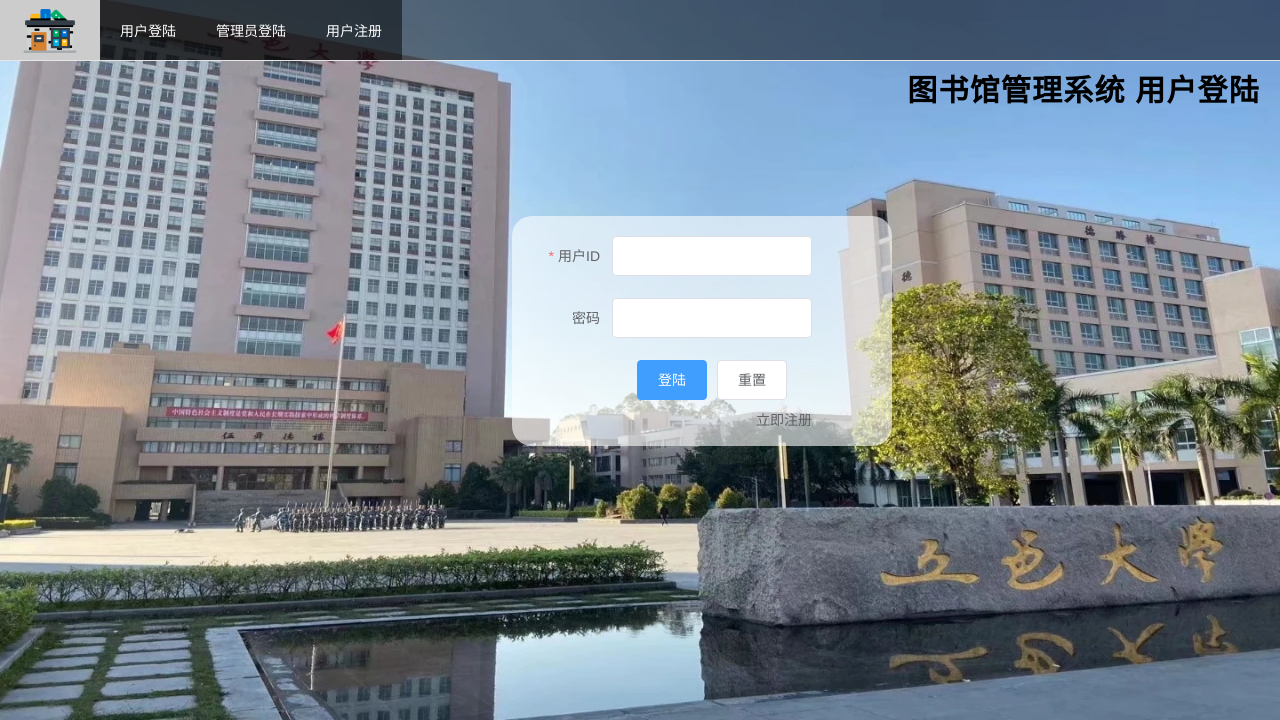
Repository: Akron-xz/helloVue
Page: /#/userLogin (app in vue-library/)
An editor plug-in stored every save of this project. The page is shown before and after the next save, followed by the edit.
The browser window is 1280 px wide. The pictures show the whole page.
The project was rebuilt for these pictures with package versions that can differ from the ones it lists, and the page was loaded fresh each time. Also part of the build but not shown: vue-library/src/views/Home.vue.

Above is the page before, as saved 2020-11-24 22:38:38.

### vue-library/src/main.js
import Vue from 'vue'
import App from './App.vue'
import ElementUI from 'element-ui';
import 'element-ui/lib/theme-chalk/index.css';
import axios from "axios"
import router from './router'
import Router from 'vue-router'

const routerPush = Router.prototype.push
Router.prototype.push = function push(location) {
    return routerPush.call(this, location).catch(error => error)
}

Vue.config.productionTip = false
Vue.use(ElementUI);
Vue.prototype.$axios = axios;


new Vue({
    router,
    render: h => h(App)
}).$mount('#app')

### vue-library/src/router/index.js
import Vue from 'vue'
import VueRouter from 'vue-router'
import Home from '../views/Home.vue'


Vue.use(VueRouter)

const routes = [{
        path: '/',
        name: 'Home',
        component: Home
    },
    {
        path: '/about',
        name: 'About',
        // route level code-splitting
        // this generates a separate chunk (about.[hash].js) for this route
        // which is lazy-loaded when the route is visited.
        component: () =>
            import ( /* webpackChunkName: "about" */ '../views/About.vue')
    },
    {
        path: '/admin',
        name: 'Admin',
        // route level code-splitting
        // this generates a separate chunk (about.[hash].js) for this route
        // which is lazy-loaded when the route is visited.
        component: () =>
            import ( /* webpackChunkName: "about" */ '../views/Administrator.vue')
    },
    {
        path: "/userLogin",
        name: "UserLogin",
        component: () =>
            import ('../views/UserLogin.vue')
    },
    {
        path: "/user",
        name: "User",
        component: () =>
            import ( /* webpackChunkName: "about" */ '../views/User.vue')
    },
    {
        path: "/signup",
        name: "SignUp",
        component: () =>
            import ('../views/SignUp.vue')
    },
    {
        path: "/adminmain",
        name: "AdminMain",
        component: () =>
            import ('../views/AdminMain.vue')
    },
    {

        path: "/MyInformation",
        name: "MyInformation",
        component: () =>
            import ('../views/MyInformation.vue')
    },
    {
        path: "/library",
        name: "Library",
        component: () =>
            import ( /* webpackChunkName: "about" */ '../views/Library.vue')

    },
    {
        path: "/modifymsg",
        name: "ModifyMsg",
        component: () =>
            import ('../views/ModifyMsg.vue')
    },
    {
        path: "/borrowhistory",
        name: "BorrowHistory",
        component: () =>
            import ('../views/BorrowHistory.vue')
    },
    {
        path: "/newissue",
        name: "NewIssue",
        component: () =>
            import ('../views/NewIssue.vue')
    },
    {
        path: "/booksearch",
        name: "BookSearch",
        component: () =>
            import ('../views/BookSearch.vue')
    },
    {
        path: "/MyBookshelves",
        name: "MyBookshelves",
        component: () =>
            import ('../views/MyBookshelves.vue')
    },
    {
        path: "/modifyAnnounce",
        name: "ModifyAnnounce",
        component: () =>
            import ('../views/ModifyAnnounce.vue')
    },
    {
        path: "/statistics",
        name: "Statistics",
        component: () =>
            import ('../views/Statistics.vue')
    },


]

const router = new VueRouter({
    routes
})

export default router

### vue-library/src/views/UserLogin.vue
<template>
<div  class="login-container">
      <!-- need to change (fixed)-->
      <homeNavigation></homeNavigation>
      <el-header>图书馆管理系统  用户登陆</el-header>
      <div class="loginBox">
        <el-form :model="ruleForm" :rules="rules" ref="ruleForm" label-width="100px" class="demo-ruleForm">
          <el-form-item label="用户ID" prop="userId">
            <el-input v-model="ruleForm.userId"></el-input>
          </el-form-item>
          <el-form-item label="密码" prop="password">
            <el-input v-model="ruleForm.password" type="password"></el-input>
        </el-form-item>
        <el-form-item>
          <el-button type="primary" @click="submitForm('ruleForm')">登陆</el-button>
          <el-button @click="resetForm('ruleForm')">重置</el-button>
          <el-link @click="toSignUp">立即注册</el-link>
        </el-form-item>
      </el-form>
    </div>


      <!-- <div class="loginBox">
        <el-form :model="ruleForm" :rules="rules" ref="ruleForm" label-width="100px" class="demo-ruleForm">
          <el-form-item label="用户名" prop="username">
            <el-input v-model="ruleForm.username"></el-input>
          </el-form-item>
          <el-form-item label="密码" prop="password">
           <el-input v-model="ruleForm.password" type="password"
              oncopy="return false"
              onpaste="return false"
              oncut="return false"></el-input>
          </el-form-item>
          <el-form-item>
            <el-button type="primary" @click="submitForm('ruleForm')">登陆</el-button>
            <el-button @click="resetForm('ruleForm')">重置</el-button>
          </el-form-item>
        </el-form>
      </div> -->

</div>
</template>


<script>
import axios from "axios"
import homeNavigation from '@/components/homeNav.vue'
export default {
    components:{
        homeNavigation
    },
    data() {
      var validatePass = (rule, value, callback) => {
        if (value === '') {
          callback(new Error('请输入密码'));
        } else {
          callback();
        }
      };

    return {
          ruleForm: {
          userId: '',
          password:'',
        },

        user:[],

        rules:{
            userId:[
                { required: true, message: '请输入用户ID', trigger: 'blur'}
            ],

             password: [
            { validator: validatePass, trigger: 'blur' },
            { min: 8, max: 24,message: '长度应在 8 到 24 个字符', trigger: 'blur'}
          ],
        },
    };


    },
      methods: {
      //用户登录
      submitForm(formName) {
        this.$refs[formName].validate((valid) => {
          if (valid) {
            axios({
              method:"post",
              url:"http://localhost:8081/login",
              params : {
                id : parseInt(this.ruleForm.userId),
                password : this.ruleForm.password,
              }
            }).then(res=>{
              // 获取后台返回的数据
              // 若有就得到json，若无就得到空
              this.user = res.data;
              console.log(this.user);

              // 结果是undefined
              // 应该是数组的大小被改变后length就为undefined
              console.log(this.user.length);

              if (this.user) {
                console.log("登陆成功");
                // session保存登录的用户信息
                sessionStorage.setItem("userSession", JSON.stringify(this.user));
                // console.log(JSON.parse(sessionStorage.getItem("userSession")));

                // 路由跳转
                this.$router.push({path:'/user'});

              } else {
                this.$message({
                  message: '登录失败！请检查你的账号和密码是否正确。',
                  type: 'error'
                });
                this.ruleForm.userId = "";
                this.ruleForm.password = "";
              }
            })
          } else {
            console.log('错误的表单提交');
            return false;
          }
        });
      },
      resetForm(formName) {
        this.$refs[formName].resetFields();
      },
      toSignUp(){
            this.$router.push({path:'/SignUp'})
      },
    }

}
</script>

<style scoped>
.login-container{
    position: fixed;
    display: flex;
    flex-direction: column;
    left: 0;
    top:0;
    width: 100%;
    height: 100%;
    background-repeat: no-repeat;
    background-size: 100% 100%;
    background-image: url(/img/divBg/bg20.jpg);
}
.demo-ruleForm{
        position: absolute;
        top: 20px;
        width: 300px;
        height: 50px;
 }

.el-header {
    text-align: right;
    line-height: 60px;
    font-weight: 1000;
    font-size: 30px;
    color: black;
    letter-spacing: 0.04em;
  }

.loginBox{
  position: fixed;
  top: 30%;
  left: 40%;
  width: 380px;
  height: 230px;
  border-radius: 20px;
  background: #ffffff99;
}

.el-link{
  float: right;
}

.img{
  margin-left: 100px;
  height: 100px;
  width: 1000px;
}

</style>

### vue-library/src/components/homeNav.vue
<template>

    <div class="navigation-bar">
        <el-menu
            class="el-menu-demo"
            mode="horizontal"
            @select="handleSelect"
            background-color="#00000080"
            text-color="#ffffff"
            text-font="15px"
            border="none"
            >


            <el-menu-item index="1" @click="toMain">
                <img src="/img/libraryIcon.png" alt="" target="_self" class="libraryIcon">
            </el-menu-item>

            <el-menu-item index="2" @click="toLogin">
                <a  target="_self"  >用户登陆</a>
            </el-menu-item>

            <el-menu-item index="3" @click="toAdministrator">
                <a  target="_self">管理员登陆</a>
            </el-menu-item>

            <el-menu-item index="4" @click="toSignUp">
                <a  target="_self">用户注册</a>
            </el-menu-item>

            <!-- <el-menu-item index="5" @click="toLibrary">
                <a  target="_self">图书馆</a>
            </el-menu-item> -->

            <!-- <el-menu-item index="6" class="exitIcon">
                <img src="/img/logoutIcon.png" alt="" target="_self" class="logoutIcon">
            </el-menu-item> -->

            <!-- <el-menu-item index="6" @click="toMain">
                <a  target="_self">返回主页</a>
            </el-menu-item> -->
        </el-menu>

    </div>
</template>

<script>
export default {
    name:"Nav",
    data() {
      return {
        activeIndex: '1'
      }
    },
    methods: {
    handleSelect(key, keyPath) {
      console.log(key, keyPath);
    },
    toMain(){
      this.$router.push({path:'/'});
    },

    toLogin(){
      this.$router.push({path:'/UserLogin'});
    },
    toAdministrator(){
      this.$router.push({path:'/Admin'});
    },
    toSignUp(){
      this.$router.push({path:'/SignUp'});
    },




  },

}
</script>>

<style scoped>
.libraryIcon{
  height: 60px;
  width: 60px;
}

.exitIcon{
  float: right;
}

.logoutIcon{
  height: 40px;
  width: 40px;
}

</style>>

Loaded but not shown: vue-library/public/index.html (common file); vue-library/src/App.vue (common file)

After the next save:
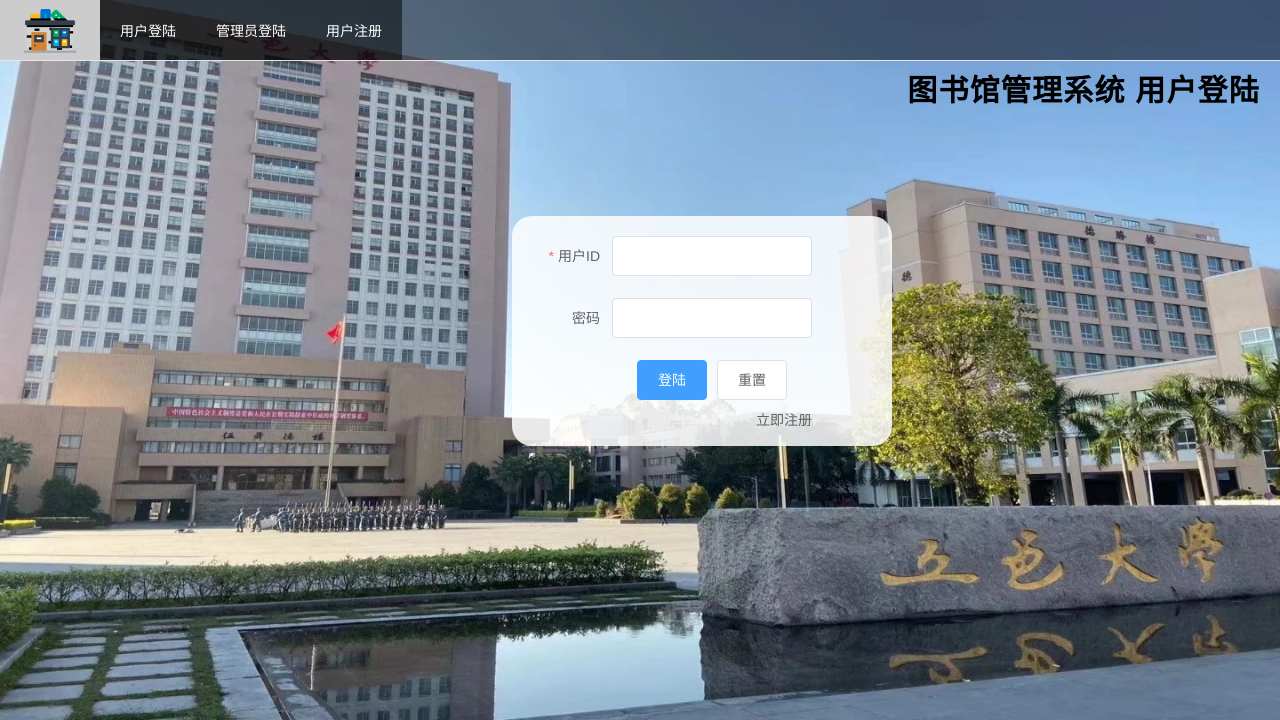
Saved 17 s later.
--- a/vue-library/src/views/UserLogin.vue
+++ b/vue-library/src/views/UserLogin.vue
@@ -173,7 +173,7 @@ export default {
   width: 380px;
   height: 230px;
   border-radius: 20px;
-  background: #ffffff99;
+  background: #ffffffd7;
 }
 
 .el-link{
